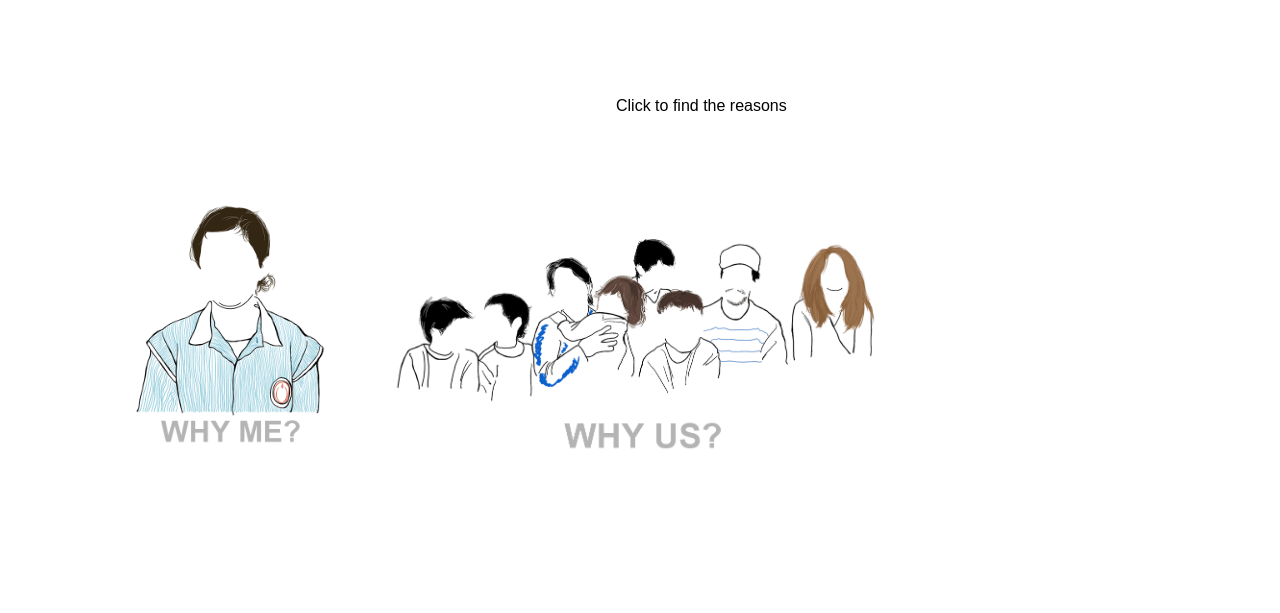
Repository: Lettie123/webpr4
Page: 04.html
These files come from the project's save history. The page is drawn as it stood at one moment and after the next save; the edit follows.
The browser window is 1280 px wide. The pictures show the whole page.

Above is the page before, as saved 2020-11-24 00:16:02.

After the next save:
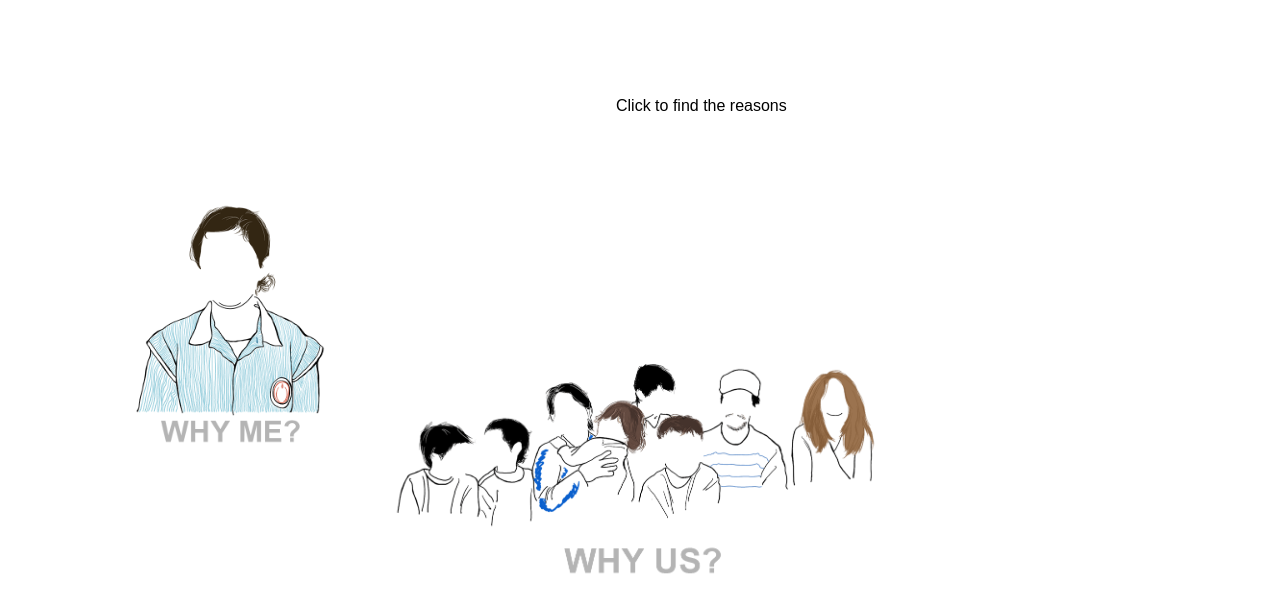
Saved 51 s later.
--- a/style05.css
+++ b/style05.css
@@ -19,7 +19,7 @@ body {
 }
 #r02{
     width: 500px;
-    height: 500px;
+    height: 250px;
 	position: absolute;
 	left: 50%;
 	top: 58%;
